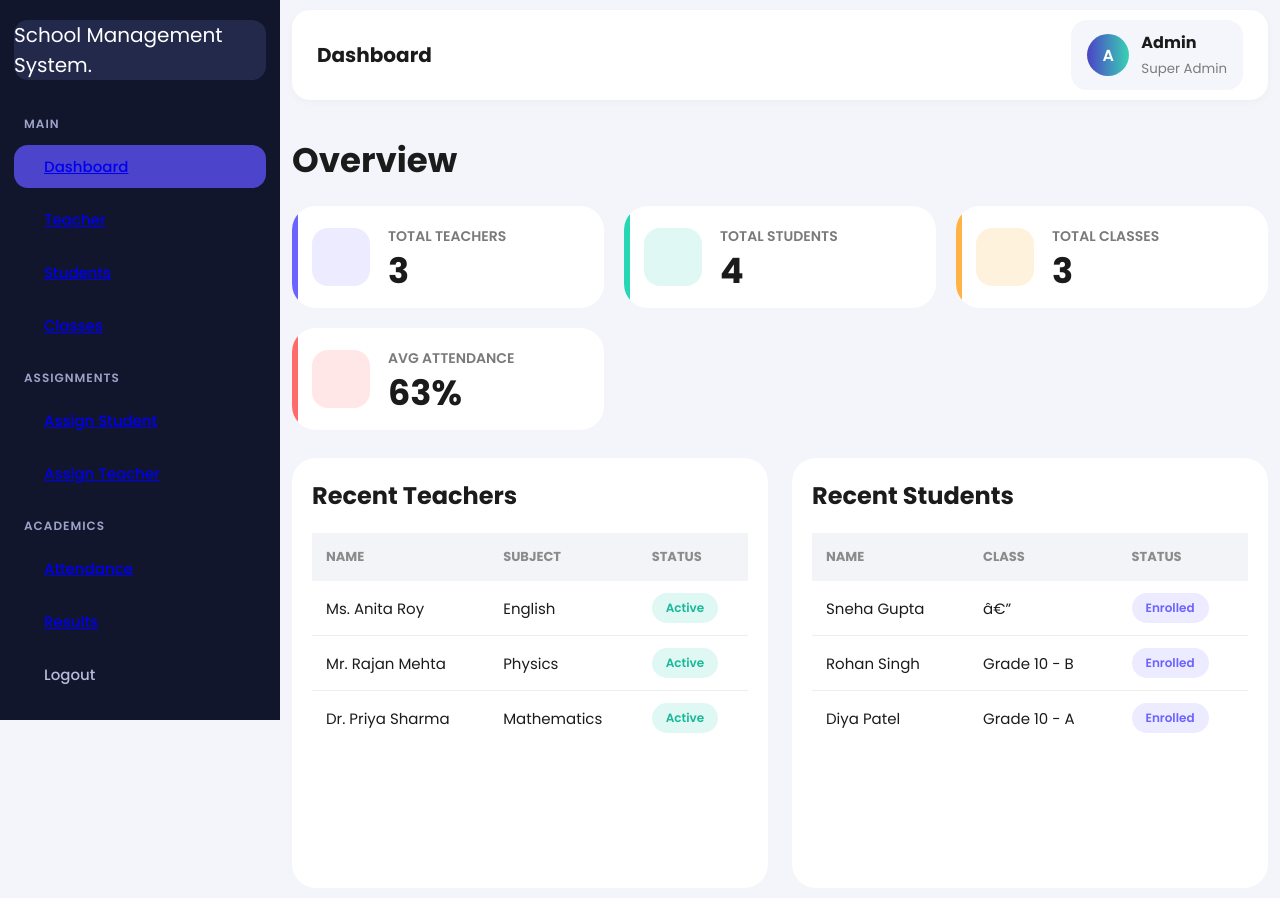
Repository: rohit-rk-07/school_management_system
Page: http://localhost/School_Management_System/admin/dashboard.jsp
An editor plug-in stored every save of this project. The page is shown before and after the next save, followed by the edit.
The browser window is 1280 px wide. The pictures show the whole page.
An inner scrolling area shows only its first screen. The page is served by Tomcat 10.

Above is the page before, as saved 2026-05-20 10:00:15.
Console error: TypeError: Cannot read properties of null (reading 'addEventListener')

After the next save:
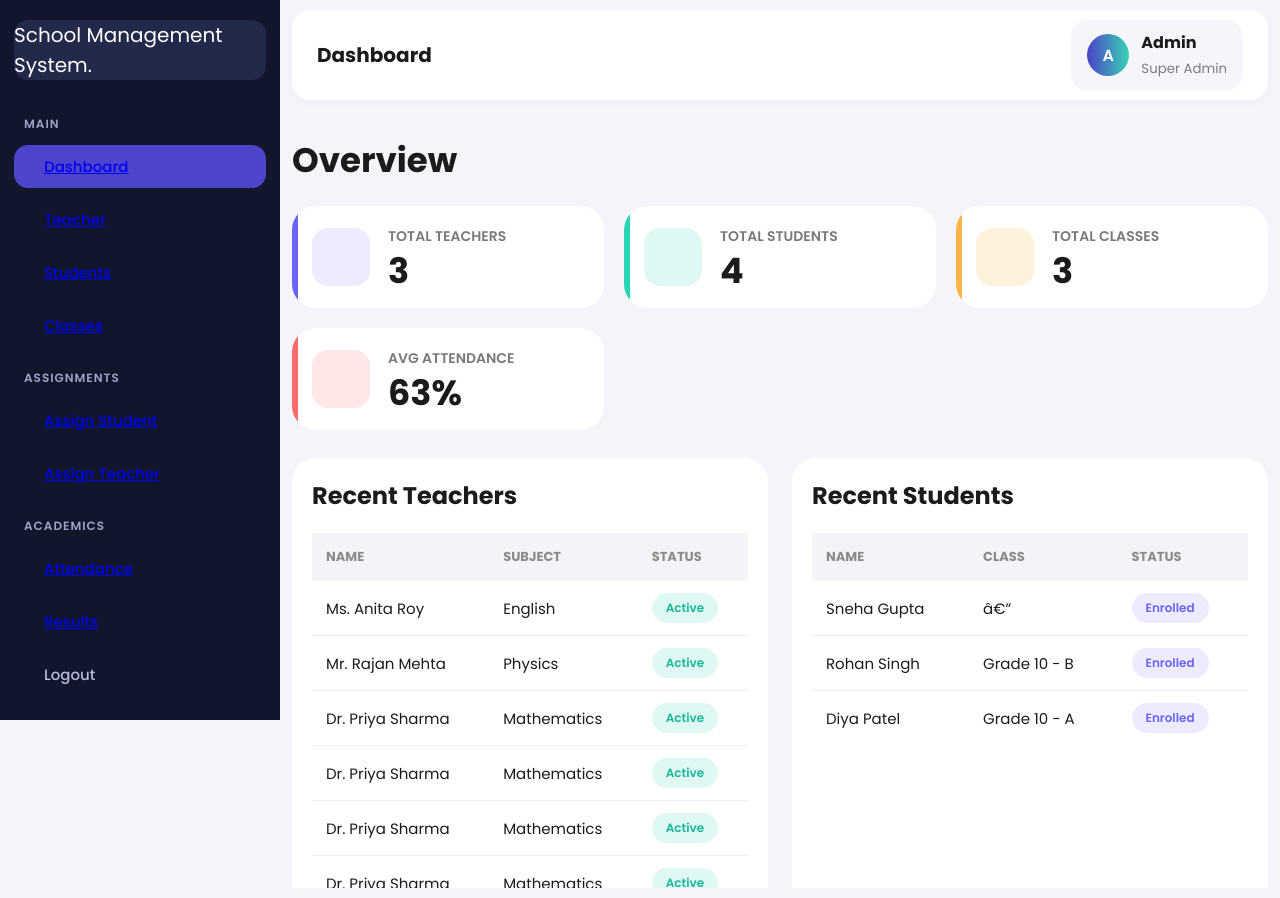
Saved 42 s later.
--- a/School_Management_System/src/main/webapp/admin/dashboard.jsp
+++ b/School_Management_System/src/main/webapp/admin/dashboard.jsp
@@ -431,6 +431,60 @@
               <td>Mathematics</td>
               <td><span class="badge active-badge">Active</span></td>
             </tr>
+
+            <tr>
+              <td>Dr. Priya Sharma</td>
+              <td>Mathematics</td>
+              <td><span class="badge active-badge">Active</span></td>
+            </tr>
+
+            <tr>
+              <td>Dr. Priya Sharma</td>
+              <td>Mathematics</td>
+              <td><span class="badge active-badge">Active</span></td>
+            </tr>
+
+            <tr>
+              <td>Dr. Priya Sharma</td>
+              <td>Mathematics</td>
+              <td><span class="badge active-badge">Active</span></td>
+            </tr>
+
+            <tr>
+              <td>Dr. Priya Sharma</td>
+              <td>Mathematics</td>
+              <td><span class="badge active-badge">Active</span></td>
+            </tr>
+
+            <tr>
+              <td>Dr. Priya Sharma</td>
+              <td>Mathematics</td>
+              <td><span class="badge active-badge">Active</span></td>
+            </tr>
+
+            <tr>
+              <td>Dr. Priya Sharma</td>
+              <td>Mathematics</td>
+              <td><span class="badge active-badge">Active</span></td>
+            </tr>
+
+            <tr>
+              <td>Dr. Priya Sharma</td>
+              <td>Mathematics</td>
+              <td><span class="badge active-badge">Active</span></td>
+            </tr>
+
+            <tr>
+              <td>Dr. Priya Sharma</td>
+              <td>Mathematics</td>
+              <td><span class="badge active-badge">Active</span></td>
+            </tr>
+
+            <tr>
+              <td>Dr. Priya Sharma</td>
+              <td>Mathematics</td>
+              <td><span class="badge active-badge">Active</span></td>
+            </tr>
           </tbody>
         </table>
 
